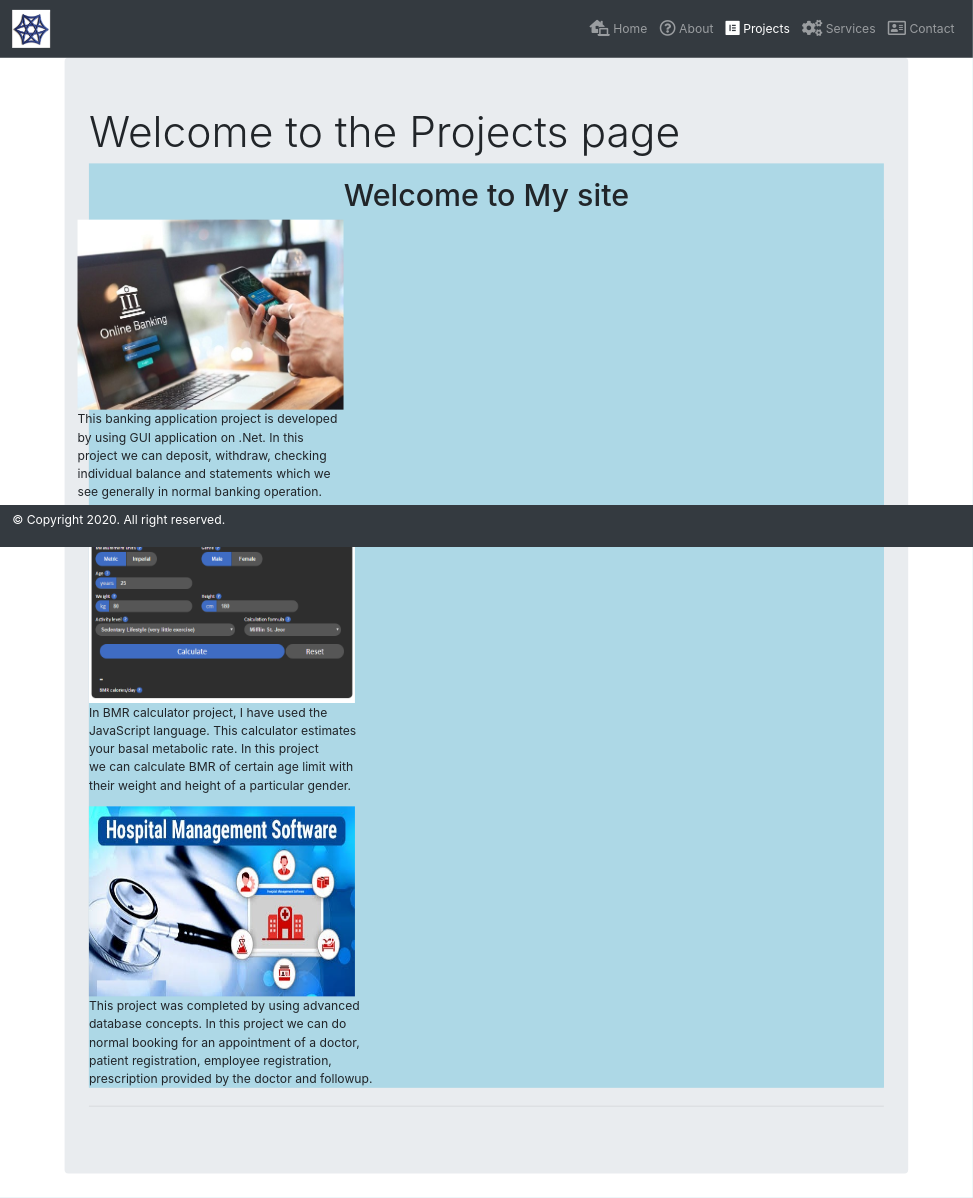
Repository: laxmangothe2020/COMP229Assignment
Page: http://localhost/projects
The author's editor kept a copy of each file at every save. The page is drawn from the files as they stood at one save, then again after the next save.
The browser window is 1280 px wide. The pictures show the whole page, at 76% of full size.
The page is served by the project's Node server (server.js). Other server files are loaded and not shown.

Above is the page before, as saved 2021-02-11 18:23:05.

### views/index.ejs

<%- include partials/header.ejs %>

   <%- include partials/main_nav.ejs %>

      <!-- Main Contain -->
   <main class="container">
    <div class="jumbotron">
    <h1 class="display-4"> Welcome to the <%= title %> page </h1>
    <!--Using Switch case all infornation passed through here-->
      <% switch (title) {
        case 'Home' : %>
        <%- include partials/home.ejs %>
                <% break;

        case 'About' : %>
        <%- include partials/about.ejs %>
                <% break;

        case 'Projects' : %>
        <%- include partials/projects.ejs %>
                <% break;

        case 'Services' : %>
        <%- include partials/services.ejs %>
                <% break;

        case 'Contact' : %>
        <%- include partials/contact.ejs %>
              <% break;
       } %>
      <hr class="my-4">
    </div>
  </main>

   <%- include partials/bottom_nav.ejs %>


    <%- include partials/footer.ejs %>

### views/partials/header.ejs

<!DOCTYPE html>
<html lang="en">
  <head>
   <meta charset="UTF-8">
   <meta name="viewport" content="with=device-width, initial-scale=1.0">
    <title><%= title %></title>

  <!-- CSS Section-->
  <link rel="stylesheet" href="/bootstrap/dist/css/bootstrap.min.css">
  <link rel="stylesheet" href="/@fortawesome/fontawesome-free/css/all.min.css">
  <link rel='stylesheet' href='/Content/app.css'/>

</head>
<body>

### views/partials/main_nav.ejs
<!-- Main Navigation -->
   <nav class="navbar navbar-expand-lg navbar-dark bg-dark">
      <a class="navbar-brand" href="/"><img src="./Assets/images/hexagon.jpg" alt="Hexagon picture" width="50" height="50"></a>
      <button class="navbar-toggler" type="button" data-toggle="collapse" data-target="#navbarSupportedContent" aria-controls="navbarSupportedContent" aria-expanded="false" aria-label="Toggle navigation">
       <span class="navbar-toggler-icon"></span>
     </button>

     <div class="collapse navbar-collapse" id="navbarSupportedContent">
        <ul class="navbar-nav ml-auto">

          <% if (title == "Home") { %>
        <li class="nav-item active">
        <% } else { %>
        <li class="nav-item">
        <% } %>
          <a class="nav-link" href="/home"><i class="fas fa-lg fa-laptop-house"></i> Home </a>
        </li>

        <% if (title == "About") { %>
          <li class="nav-item active">
          <% } else { %>
          <li class="nav-item">
          <% } %>
        <a class="nav-link" href="/about"><i class="far fa-lg fa-question-circle"></i> About </a>
        </li>

        <% if (title == "Projects") { %>
          <li class="nav-item active">
          <% } else { %>
          <li class="nav-item">
          <% } %>
        <a class="nav-link" href="/projects"><i class="fab fa-lg fa-elementor"></i> Projects </a>
        </li>

        <% if (title == "Services") { %>
          <li class="nav-item active">
          <% } else { %>
          <li class="nav-item">
          <% } %>
        <a class="nav-link" href="/services"><i class="fas fa-lg fa-cogs"></i> Services </a>
        </li>

        <% if (title == "Contact") { %>
          <li class="nav-item active">
          <% } else { %>
          <li class="nav-item">
          <% } %>
        <a class="nav-link" href="/contact"><i class="far fa-lg fa-address-card"></i> Contact </a>

        </li>

      </div>
    </nav>

### views/partials/home.ejs
<body>


   <div style="background-color: lightblue;margin-bottom: 10px">
                    <h3 style="padding-left: 40px;padding-top:10px;color: #AA7439"><h1 style="text-align:center;">Welcome to My site</h1>
                    <div style="width: 100%;height:100%;background-color:lightblue;">
                        <img src="./Assets/images/homeimg.png" alt="3D Picture" width="450" style="float: right;margin-left: 20px;margin-right:20px;">
                       <p style="padding-left:15px; padding-right: 10px; color:#696969;margin:20px;text-align: justify;line-height:1.7;padding-bottom: 20px;">

                           Your new MyWebsite Now is here! Let's build and publish your website together. We developed this series of help articles to introduce you to the basic functions of web design with your MyWebsite Now.Our industry software experts have years of experience building business automation web solutions for a number of verticals. We use custom APIs and our mastery of web services to build web-based automation services for applications like inventory control, digital marketing and customer relationship management.
                           <br> <br><b> MISSION STATEMENT </b><br><br>
                            My mission is to have a successful careers in software engineering and graduate education with a thorough understanding of software engineering and experiential learning opportunities to apply that knowledge to solve real-world problems.
                                 </p>

                    </div>
                </div>
        <p>
         <h5 style="text-align:center;"><a href="/about"> About Page</a></h5>
        </p>
                <div >
                <div class="social" style="float:left;clear:none;float: right;">

                   <img src="./Assets/images/fbcolor.png">

                   <img src="./Assets/images/InstaColor.png">

                    <img src="./Assets/images/twitterColor.png">
                    <img src="./Assets/images/gPlusColor.png">
            </div>
            </div>

</body>

### views/partials/about.ejs

         <div id="contentEditable">


                    <div style="background-color: lightblue;">
                        <h3 style="padding-left: 40px;padding-top:20px;color: #AA7439"><h3 style="text-align:center;"> About Me </h3>
                        <div style="width: 100%;height:100%;background-color:lightblue;">
                            <img src="./Assets/images/laxman.jpeg" alt="Security for Life" width="300" style="float: right;margin-left: 30px;margin-right:30px">
                           <p style="padding-left:15px; padding-right: 10px; color:#696969;margin:20px;text-align: justify;line-height:1.7;padding-bottom: 20px;">
                             Hello, my name is Laxman Gothe. Currently, I am a student of Software Engineering Technology in the 3rd semester. I am from Nepal. I believe that learning never ends. I love hiking, rafting, and traveling to new places in my free time.
                             <br>
                             <br>
                             Regarding to my education, I had completed a bachlor's degree in Electronics and Communication Engineering fro Tribhuvan University, Nepal.
                             <br>
                             <br>
                             I had enrolled in Software Engineering Technology at Centennial College to a software developer and currently I am enrolled in 3rd semester. Software technology is my first subject that I am taking in Canada and I am enjoying it as it is my part of interest too.
                             <br>
                             <br>
                             Thank You
                             <br>
                             <br>
                             With Regards
                             <br>
                             <br>
                             Laxman Gothe
                             <br>
                             <br>
                             301102988

                           </p>
                       </div>


                    </div>
        </div>
<p>
<h5 style="text-align:center;"><a href="/public/PDF/resume.pdf"> Resume </a></h5>
</p>

### views/partials/projects.ejs
<body>
 <div style="background-color: lightblue;margin-bottom: 15px">
                    <h3 style="padding-left: 40px;padding-top:10px;color: #AA7439"><h1 style="text-align:center;">Welcome to My site</h1>
                    <div style="width: 100%;height:100%;background-color:lightblue;">
  <div id="contentEditable">
    <div style="width: 100%;height:100%;background-color:lightblue;">
      <div class="row">
       <div class="column">

           <img src="./Assets/images/banking.jpg" width="350" height="250">
        <p> This banking application project is developed<br>
            by using GUI application on .Net. In this  <br>
            project we can deposit, withdraw, checking<br>
            individual balance and statements which we <br>
            see generally in normal banking operation.</p>
      </div>
    </div>

     <div class="column">
          <img src="./Assets/images/bmr.png" width="350" height="250" >
        <p> In BMR calculator project, I have used the<br>
            JavaScript language. This calculator estimates <br>
            your basal metabolic rate. In this project <br>
            we can calculate BMR of certain age limit with <br>
            their weight and height of a particular gender.</p>
      </div>
    <div class="column">
           <img src="./Assets/images/hospital.jpg" width="350" height="250" >
        <p> This project was completed by using advanced<br>
            database concepts. In this project we can do <br>
            normal booking for an appointment of a doctor,<br>
            patient registration, employee registration,<br>
            prescription provided by the doctor and followup.</p>
     </div>
  </div>
 </div>
 </div>
 </div>
 </body>

### views/partials/services.ejs


<div class="row">
    <div class="column">
        <img src="./Assets/images/mobile.jpg" width="350" height="250" >
    </div>
    <div class="column">
        <img src="./Assets/images/game.jpg" width="350" height="250" >
    </div>
    <div class="column">
        <img src="./Assets/images/quality.jpg" width="350" height="250" >
    </div>
    <br><p><b>Services we provides are:</b></p><br>
    <br><ul style="list-style-image:url(images/bullet.png);">
    <li>Mobile Development  📱</li>
    <li>Game Development  🎮</li>
    <li>Quality Assurance  🎖️</li>
    <li>Website Design  🌐</li>
    <li>Technical Support  ♻️</li>
    </ul>
</div>

### views/partials/contact.ejs
<body>
 <div style="background-color: lightblue;margin-bottom: 10px">
                    <h3 style="padding-left: 40px;padding-top:10px;color: #AA7439"><h1 style="text-align:center;">Welcome to My site</h1>
                    <div style="width: 100%;height:100%;background-color:lightblue;">
<div class="container">
    <h5 class="display-5">Please Fillup the following details</h5>
    <div id="errorMessage" class="alert alert-danger" role="alert" hidden>

    </div>
    <hr>
    <form id="conactForm">
      <div class="form-group">
        <label for="firstName">First Name</label>
        <input type="text" class="form-control" id="firstName" name="firstName" aria-describedby="firstName"
        placeholder="Enter First Name" required autofocus>
      </div>

      <div class="form-group">
        <label for="lastName">Last Name</label>
        <input type="text" class="form-control" id="lastName" name="lastName" aria-describedby="lastName"
        placeholder="Enter Last Name" required>
      </div>

      <div class="form-group">
        <label for="contactNumber">Contact Number</label>
        <input type="tel" class="form-control" id="contactNumber" name="contactNumber" aria-describedby="contactNumber"
        placeholder="Enter Contact Number" required>
      </div>

      <div class="form-group">
        <label for="emailAddress">Email address</label>
        <input type="email" class="form-control" id="emailAddress" name="emailAddress" aria-describedby="emailAddress"
        placeholder="Enter Email" required>
      </div>

      <div class="form-group">
        <label for="shortMessage">Your Message</label>
        <textarea class="form-control" id="shortMessage"  name="shortMessage" rows="3" aria-describedby="shortMessage" placeholder="--If you have Short message, please write here--" required></textarea></textarea>
      </div>

      <button type="button" class="btn btn-outline-success">Submit</button></a>
      <!--<button id="submitButton" type="submit" class="btn btn-primary btn-lg"><i class="fas fa-share-square"></i> Send</button> -->
      <button type="button" class="btn btn-outline-danger">Cancel</button>
    </form>
  </div>
  </div>
  </div>
  </body>

### views/partials/bottom_nav.ejs
<!-- Bottom Nav -->

    <footer>

       <nav class="navbar fixed-bottom navbar-dark bg-dark">
           <p style="color:white;">&copy; Copyright 2020. All right reserved.</p>
       </nav>

    </footer>

### views/partials/footer.ejs
<!-- Script Section-->
    <script src="/jquery/dist/jquery.min.js"></script>
    <script src="/bootstrap/dist/js/bootstrap.min.js"></script>
    <script src="/Scripts/app.js"></script>
 </body>
</html>

### server.js
#!/usr/bin/env node

/**
 * Module dependencies.
 */

let app = require('./app');
let debug = require('debug')('week4:server');
let http = require('http');

/**
 * Get port from environment and store in Express.
 */

let port = normalizePort(process.env.PORT || '3000');
app.set('port', port);

/**
 * Create HTTP server.
 */

let server = http.createServer(app);

/**
 * Listen on provided port, on all network interfaces.
 */

server.listen(port);
server.on('error', onError);
server.on('listening', onListening);

/**
 * Normalize a port into a number, string, or false.
 */

function normalizePort(val) {
  let port = parseInt(val, 10);

  if (isNaN(port)) {
    // named pipe
    return val;
  }

  if (port >= 0) {
    // port number
    return port;
  }

  return false;
}

/**
 * Event listener for HTTP server "error" event.
 */

function onError(error) {
  if (error.syscall !== 'listen') {
    throw error;
  }

  let bind = typeof port === 'string'
    ? 'Pipe ' + port
    : 'Port ' + port;

  // handle specific listen errors with friendly messages
  switch (error.code) {
    case 'EACCES':
      console.error(bind + ' requires elevated privileges');
      process.exit(1);
      break;
    case 'EADDRINUSE':
      console.error(bind + ' is already in use');
      process.exit(1);
      break;
    default:
      throw error;
  }
}

/**
 * Event listener for HTTP server "listening" event.
 */

function onListening() {
  let addr = server.address();
  let bind = typeof addr === 'string'
    ? 'pipe ' + addr
    : 'port ' + addr.port;
  debug('Listening on ' + bind);
}

### routes/index.js
var express = require('express');
var router = express.Router();

/* GET home page. */
router.get('/', function(req, res, next) {
  res.render('index', { title: 'Home'});
});

/* GET home page. */
router.get('/home', function(req, res, next) {
  res.render('index', { title: 'Home'});
});

/* GET About page. */
router.get('/about', function(req, res, next) {
  res.render('index', { title: 'About'});
});

/* GET Products page. */
router.get('/projects', function(req, res, next) {
  res.render('index', { title: 'Projects'});
});

/* GET Services page. */
router.get('/services', function(req, res, next) {
  res.render('index', { title: 'Services'});
});


/* GET Contact us page. */
router.get('/contact', function(req, res, next) {
  res.render('index', { title: 'Contact'});
});

module.exports = router;

### app.js
//installed third party packages
let createError = require('http-errors');
let express = require('express');
let path = require('path');
let cookieParser = require('cookie-parser');
let logger = require('morgan');

let indexRouter = require('./routes/index');
let usersRouter = require('./routes/users');

let app = express();

// view engine setup
app.set('views', path.join(__dirname, 'views'));
app.set('view engine', 'ejs');

app.use(logger('dev'));
app.use(express.json());
app.use(express.urlencoded({ extended: false }));
app.use(cookieParser());
app.use(express.static(path.join(__dirname, 'public')));
app.use(express.static(path.join(__dirname, 'node_modules')));

app.use('/', indexRouter);
app.use('/users', usersRouter);
app.use('/public/images', express.static('./public/images') ) ;
app.use('/public/PDF', express.static('./public/PDF'));
app.use('/views/partials', express.static('./views/partials'));


// catch 404 and forward to error handler
app.use(function(req, res, next) {
  next(createError(404));
});

// error handler
app.use(function(err, req, res, next) {
  // set locals, only providing error in development
  res.locals.message = err.message;
  res.locals.error = req.app.get('env') === 'development' ? err : {};

  // render the error page
  res.status(err.status || 500);
  res.render('error');
  res.render('error', {title: 'Error'});
});

module.exports = app;

### public/Content/app.css
/* Custom CSS goes here */

### public/Scripts/app.js
// IIFE
(function(){
    function start()
    {
        console.log("App started...")
    }
    window.addEventListener("load", start);

})();

After the next save:
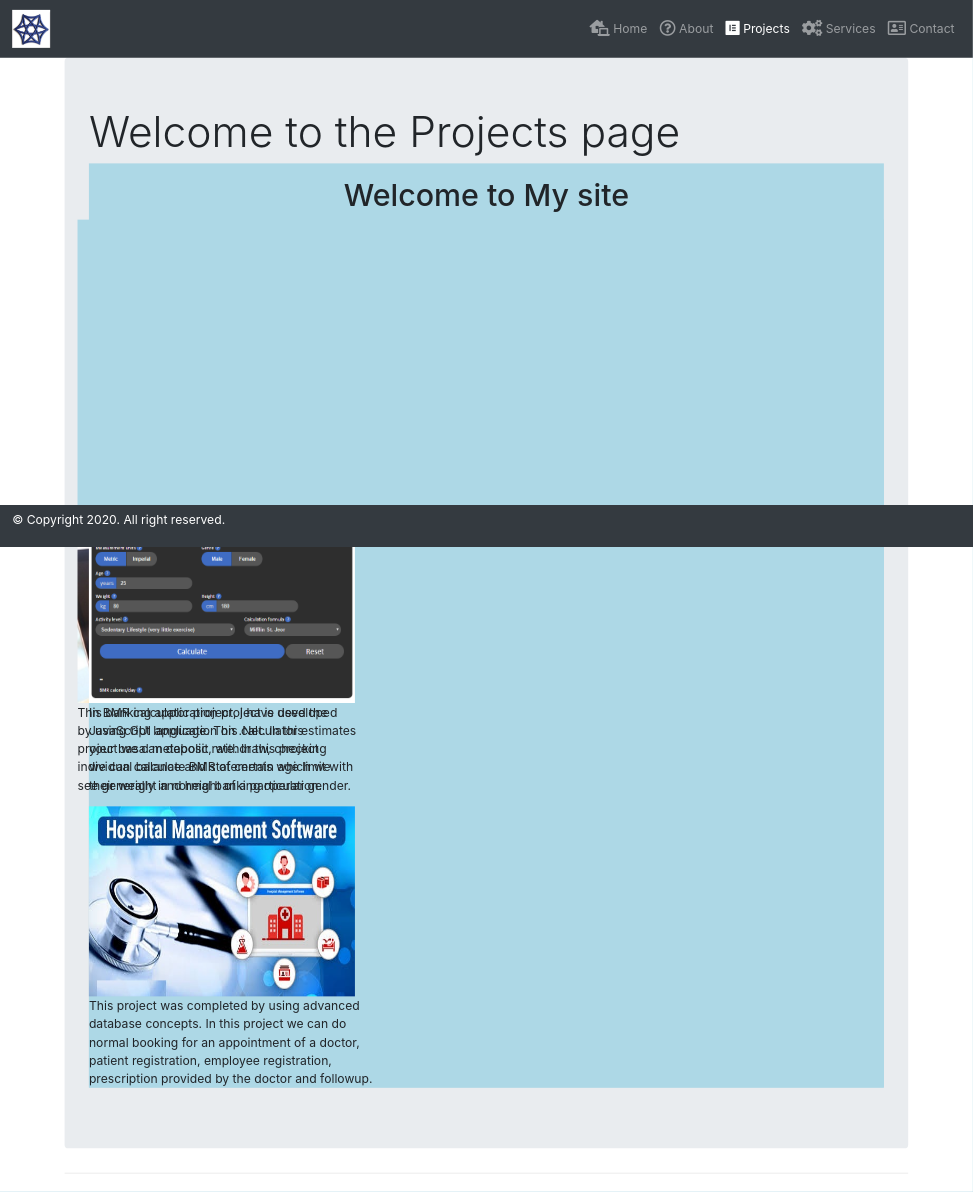
Saved 28 s later.
--- a/views/partials/projects.ejs
+++ b/views/partials/projects.ejs
@@ -3,10 +3,10 @@
                     <h3 style="padding-left: 40px;padding-top:10px;color: #AA7439"><h1 style="text-align:center;">Welcome to My site</h1>
                     <div style="width: 100%;height:100%;background-color:lightblue;">
   <div id="contentEditable">
-    <div style="width: 100%;height:100%;background-color:lightblue;">
+
       <div class="row">
        <div class="column">
-
+        <div style="width: 100%;height:100%;background-color:lightblue;"></div>
            <img src="./Assets/images/banking.jpg" width="350" height="250">
         <p> This banking application project is developed<br>
             by using GUI application on .Net. In this  <br>
